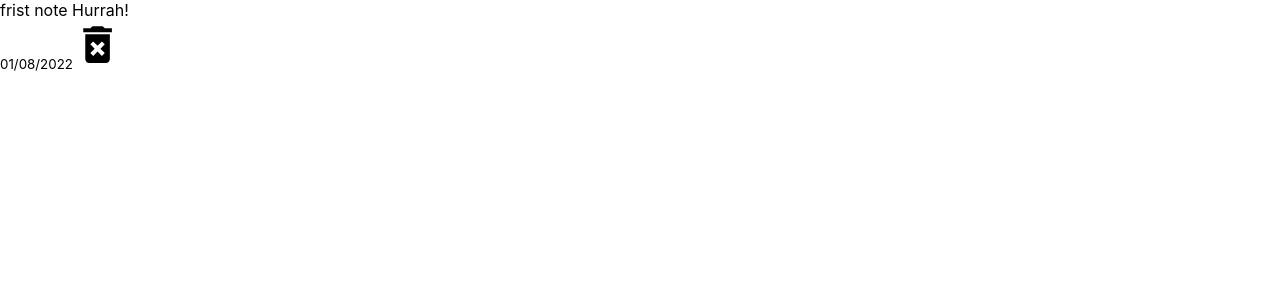
Repository: DeraBola/react-notes-app
Page: /
An editor plug-in stored every save of this project. The page is shown before and after the next save, followed by the edit.
The browser window is 1280 px wide. The pictures show the whole page.
The project was rebuilt for these pictures with package versions that can differ from the ones it lists, and the page was loaded fresh each time.

Above is the page before, as saved 2022-08-01 08:14:50.

After the next save:
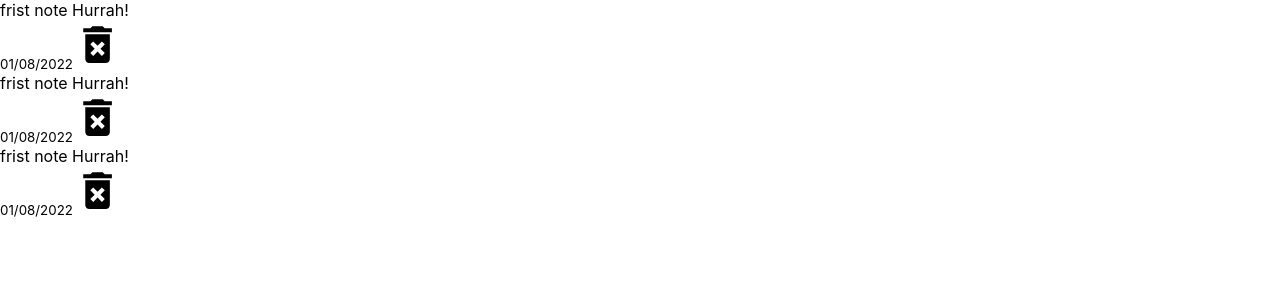
Saved 111 s later.
--- a/src/components/NotesList.js
+++ b/src/components/NotesList.js
@@ -4,6 +4,7 @@ const NotesList  = () => {
 return(
     <div className='notes-list'>
         <Note />
+        <Note /><Note />
     </div>
 );
 };
